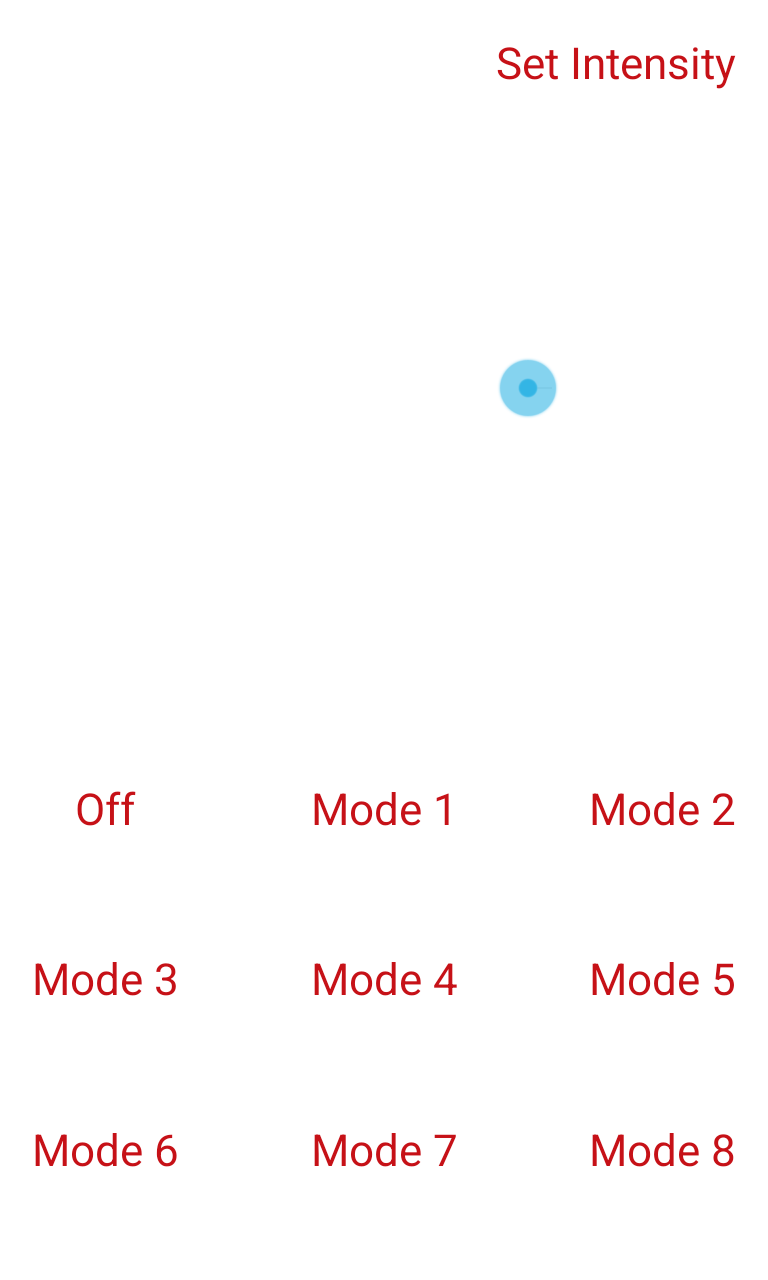
Repository: DigitasLabsParis/UnicornHorn
Layout: AndroidApp/UnicHorn/res/layout/activity_main.xml
These files come from the project's save history. The layout is drawn as it stood at one moment and after the next save; the edit follows.
It is drawn on a 768 x 1280 px phone screen (xhdpi) without system bars, with theme AppTheme; the app's code is not run.

Above is the layout before, as saved 2015-01-06 15:37:50.

After the next save:
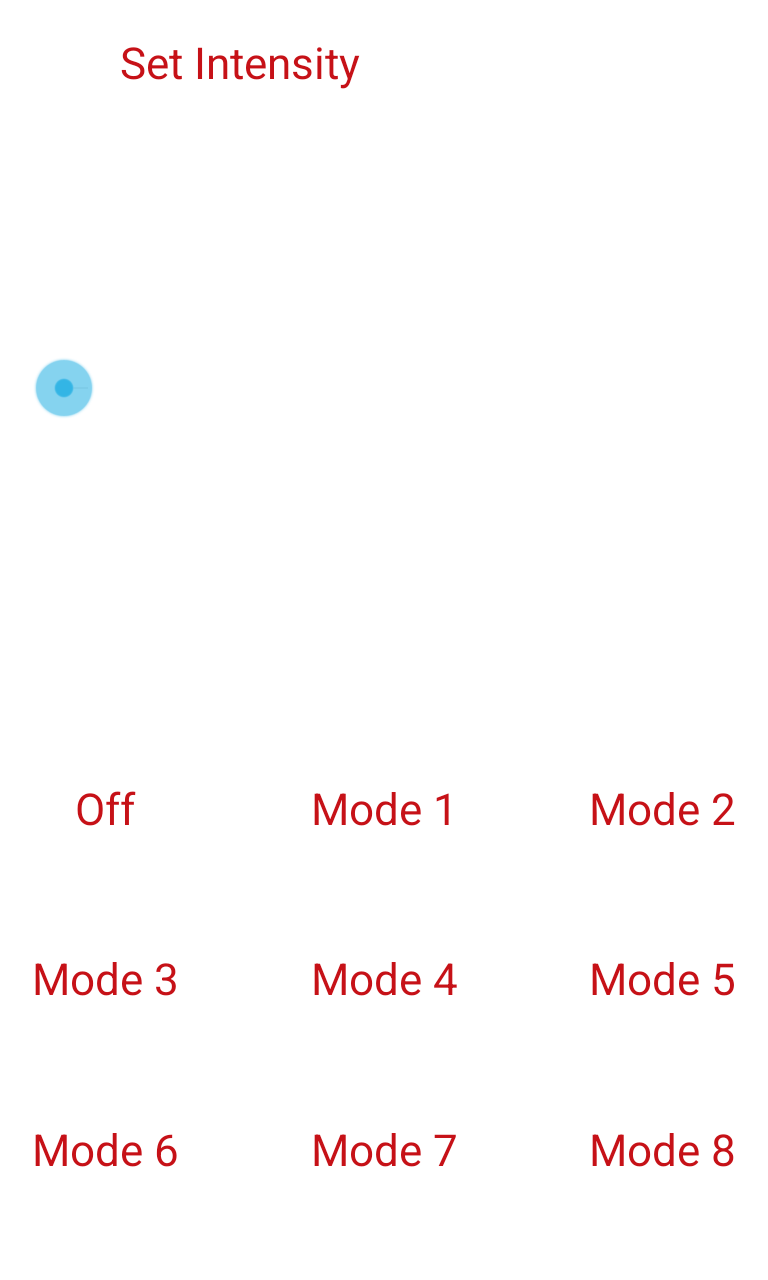
Saved 46 s later.
--- a/AndroidApp/UnicHorn/res/layout/activity_main.xml
+++ b/AndroidApp/UnicHorn/res/layout/activity_main.xml
@@ -17,7 +17,7 @@
 
         <SeekBar
 	        android:id="@+id/seekBar1"
-	        android:layout_column="1"
+	        android:layout_column="0"
             android:layout_row="0"
 	        android:layout_marginTop="162dp" />
 
